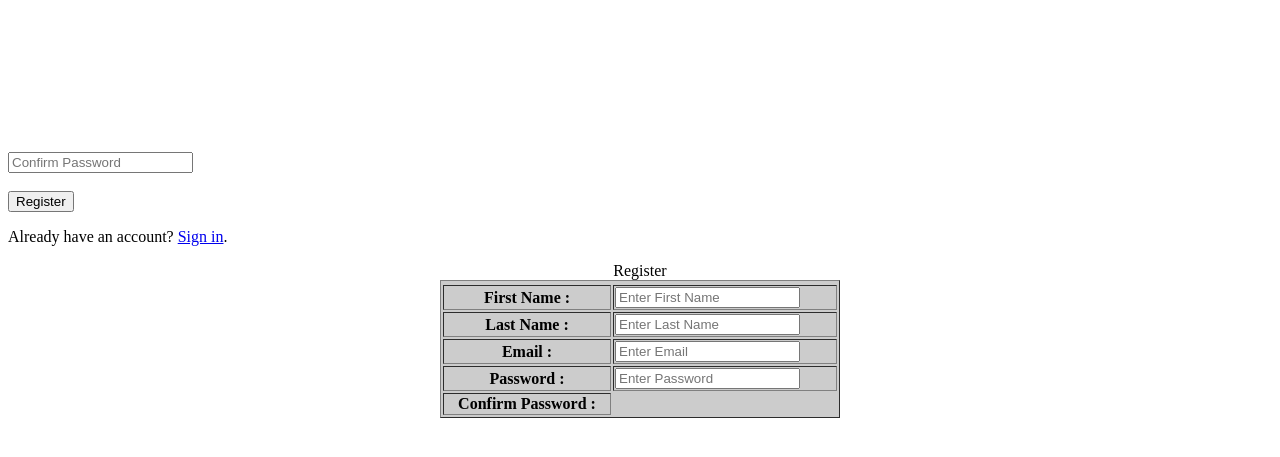
Repository: 1919satya/Mode2
Page: sample/sample/WebContent/sample.html
The author's editor kept a copy of each file at every save. The page is drawn from the files as they stood at one save, then again after the next save.
The browser window is 1280 px wide. The pictures show the whole page.

Above is the page before, as saved 2019-10-09 10:08:55.

After the next save:
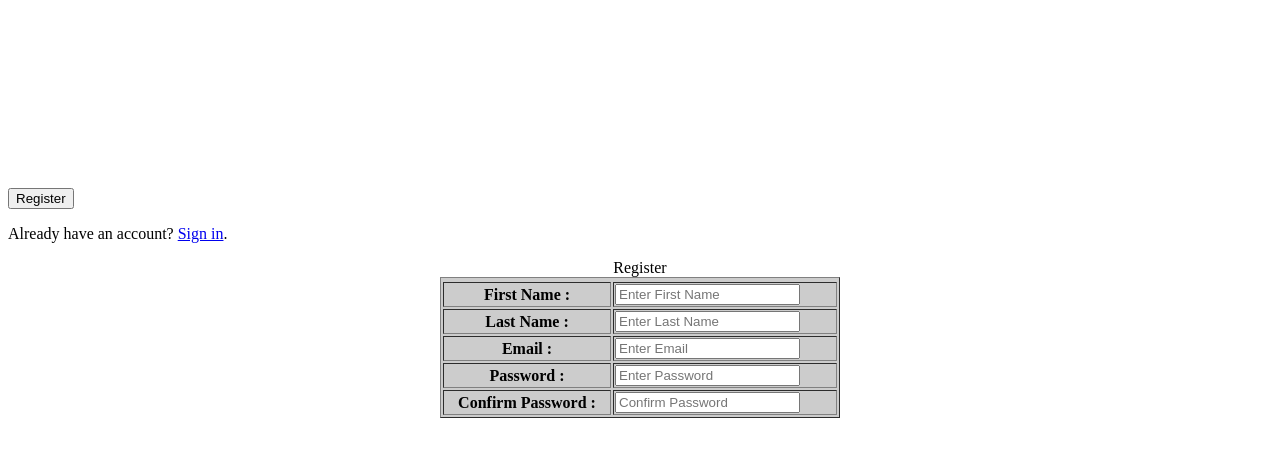
Saved 34 s later.
--- a/sample/sample/WebContent/sample.html
+++ b/sample/sample/WebContent/sample.html
@@ -33,7 +33,7 @@
 
     <tr>
     <th>Confirm Password :</th>
-    <input type="password" placeholder="Confirm Password" name="psw-repeat" required> <br/><br/>
+    <td><input type="password" placeholder="Confirm Password" name="psw-repeat" required></td> <br/><br/>
 
     <button type="submit" class="registerbtn">Register</button>
   </div>
